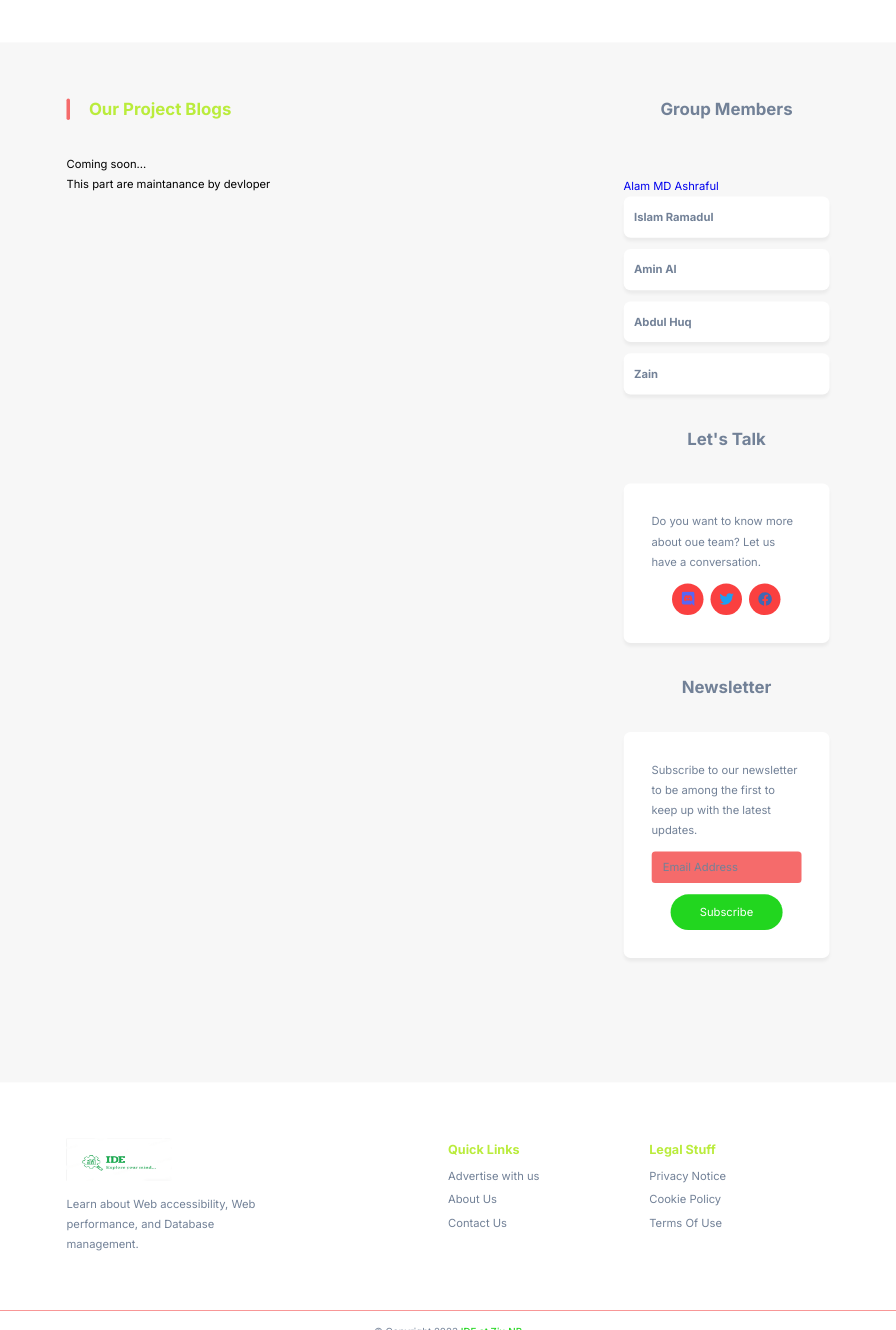
Repository: ramizraaz/zjuTeam
Page: main.html
An editor plug-in stored every save of this project. The page is shown before and after a run of saves, followed by the edit.
The browser window is 1280 px wide. The pictures show the part of the page from y = 492 to 2392 px (the page is 2421 px tall before and 2435 px after), at 70% of full size.
A picture or video elsewhere on the page could not be fetched, so the positions and the page height are approximate.

Above is the page before, as saved 2023-10-09 02:54:26.

### main.html
<!DOCTYPE html>
<html lang="en">

<head>
    <meta charset="UTF-8">
    <meta http-equiv="X-UA-Compatible" content="IE=edge">
    <meta name="viewport" content="width=device-width, initial-scale=1.0">
    <title>Team IDE at Zju,NB</title>


    <!--
    - custom css link
  -->
    <link rel="stylesheet" href="main.css">

    <!--
    - google font link
  -->
    <link rel="preconnect" href="https://fonts.googleapis.com">
    <link rel="preconnect" href="https://fonts.gstatic.com" crossorigin>
    <link href="https://fonts.googleapis.com/css2?family=Inter:wght@400;500;600;700;900&display=swap" rel="stylesheet">
</head>

<body class="light-theme">

    <!--
    - #HEADER
  -->

    <header>

        <div class="container">

            <nav class="navbar">

                <a href="#">
                    <img src="img/teamLogo.png" alt="Team LoGo" width="150" height="80" class="logo-light">
                    <img src="img/teamLogo.png" alt="Team logo" width="150" height="80" class="logo-dark">
                </a>

                <div class="btn-group">

                    <button class="theme-btn theme-btn-mobile light">
            <ion-icon name="moon" class="moon"></ion-icon>
            <ion-icon name="sunny" class="sun"></ion-icon>
          </button>

                    <button class="nav-menu-btn">
            <ion-icon name="menu-outline"></ion-icon>
          </button>

                </div>

                <div class="flex-wrapper">

                    <ul class="desktop-nav">

                        <li>
                            <a href="#" class="nav-link">Home</a>
                        </li>

                        <li>
                            <a href="#" class="nav-link">About US</a>
                        </li>

                        <li>
                            <a href="#" class="nav-link">Contact US</a>
                        </li>

                    </ul>

                    <button class="theme-btn theme-btn-desktop light">
            <ion-icon name="moon" class="moon"></ion-icon>
            <ion-icon name="sunny" class="sun"></ion-icon>
          </button>

                </div>

                <div class="mobile-nav">

                    <button class="nav-close-btn">
            <ion-icon name="close-outline"></ion-icon>
          </button>

                    <div class="wrapper">

                        <p class="h3 nav-title">Main Menu</p>

                        <ul>
                            <li class="nav-item">
                                <a href="#" class="nav-link">Home</a>
                            </li>

                            <li class="nav-item">
                                <a href="#" class="nav-link">About Me</a>
                            </li>

                            <li class="nav-item">
                                <a href="#" class="nav-link">Contact</a>
                            </li>
                        </ul>

                    </div>
                </div>

            </nav>

        </div>

    </header>





    <main>

        <!--
      - #HERO SECTION
    -->

        <div class="hero">

            <div class="container">

                <div class="left">

                    <h1 class="h1">
                        Hi, We're <b>IDE&nbsp;Team</b>.
                        <br>at Zju,NB
                    </h1>

                    <p class="h3">
                        Your problems <abbr title="Accessibility">is</abbr> our opportunity
                    </p>

                    <div class="btn-group">
                        <a href="#" class="btn btn-primary">Contact us</a>
                        <a href="#" class="btn btn-secondary">About us</a>
                    </div>

                </div>

                <div class="right">

                    <div class="pattern-bg"></div>
                    <div class="img-box">
                        <img src="img/teamPhoto.jpg" alt="Group Photo" class="hero-img">
                    </div>

                </div>

            </div>

        </div>





        <div class="main">

            <div class="container">

                <!--
          - BLOG SECTION
        -->

                <div class="blog">

                    <h2 class="h2">Our Project Blogs</h2>
                    <p>Coming soon... <br> This part are maintanance by devloper</p>

                </div>





                <!--
          - ASIDE
        -->

                <div class="aside">

                    <div class="topics">

                        <h2 class="h2">Group Members</h2>

                        <a href="#" class="topic-btn">
                            <p>
                                <a href="https://ashraful756.github.io/Ashraful_Profile/" target="">Alam MD Ashraful</a></p>
                        </a>
                        <a href="#" class="topic-btn">


                            <p>Islam Ramadul</p>
                        </a>
                        <a href="#" class="topic-btn">


                            <p>Amin Al</p>
                        </a>
                        <a href="#" class="topic-btn">


                            <p>Abdul Huq</p>
                        </a>
                        <a href="#" class="topic-btn">


                            <p>Zain</p>
                        </a>

                    </div>
                    <div class="contact">

                        <h2 class="h2">Let's Talk</h2>

                        <div class="wrapper">

                            <p>
                                Do you want to know more about oue team? Let us have a conversation.
                            </p>

                            <ul class="social-link">

                                <li>
                                    <a href="#" class="icon-box discord">
                                        <ion-icon name="logo-discord"></ion-icon>
                                    </a>
                                </li>

                                <li>
                                    <a href="#" class="icon-box twitter">
                                        <ion-icon name="logo-twitter"></ion-icon>
                                    </a>
                                </li>

                                <li>
                                    <a href="#" class="icon-box facebook">
                                        <ion-icon name="logo-facebook"></ion-icon>
                                    </a>
                                </li>

                            </ul>

                        </div>

                    </div>

                    <div class="newsletter">

                        <h2 class="h2">Newsletter</h2>

                        <div class="wrapper">

                            <p>
                                Subscribe to our newsletter to be among the first to keep up with the latest updates.
                            </p>

                            <form action="#">
                                <input type="email" name="email" placeholder="Email Address" required>

                                <button type="submit" class="btn btn-primary">Subscribe</button>
                            </form>

                        </div>

                    </div>

                </div>

            </div>

        </div>

    </main>





    <!--
    - #FOOTER
  -->

    <footer>

        <div class="container">

            <div class="wrapper">

                <a href="#" class="footer-logo">
                    <img src="img/teamLogo.png" alt="Team Logo" width="150" height="60" class="logo-light">
                    <img src="img/teamLogo.png" alt="Team Logo" width="150" height="60" class="logo-dark">
                </a>

                <p class="footer-text">
                    Learn about Web accessibility, Web performance, and Database management.
                </p>

            </div>

            <div class="wrapper">

                <p class="footer-title">Quick Links</p>

                <ul>

                    <li>
                        <a href="#" class="footer-link">Advertise with us</a>
                    </li>

                    <li>
                        <a href="#" class="footer-link">About Us</a>
                    </li>

                    <li>
                        <a href="#" class="footer-link">Contact Us</a>
                    </li>

                </ul>

            </div>

            <div class="wrapper">

                <p class="footer-title">Legal Stuff</p>

                <ul>

                    <li>
                        <a href="#" class="footer-link">Privacy Notice</a>
                    </li>

                    <li>
                        <a href="#" class="footer-link">Cookie Policy</a>
                    </li>

                    <li>
                        <a href="#" class="footer-link">Terms Of Use</a>
                    </li>

                </ul>

            </div>

        </div>

        <p class="copyright">
            &copy; Copyright 2023 <a href="https://github.com/NexMaker-Fab/2023zjudem-team2" target="_blank">IDE at Zju,NB</a>
        </p>

    </footer>





    <!--
    - custom js link
  -->
    <script src="js/script.min.js"></script>

    <!--
    - ionicon link
  -->
    <script type="module" src="https://unpkg.com/ionicons@5.5.2/dist/ionicons/ionicons.esm.js"></script>
    <script nomodule src="https://unpkg.com/ionicons@5.5.2/dist/ionicons/ionicons.js"></script>
</body>

</html>

Loaded but not shown: js/script.min.js (common file); main.css (892 lines, source omitted)

After the next 2 saves:
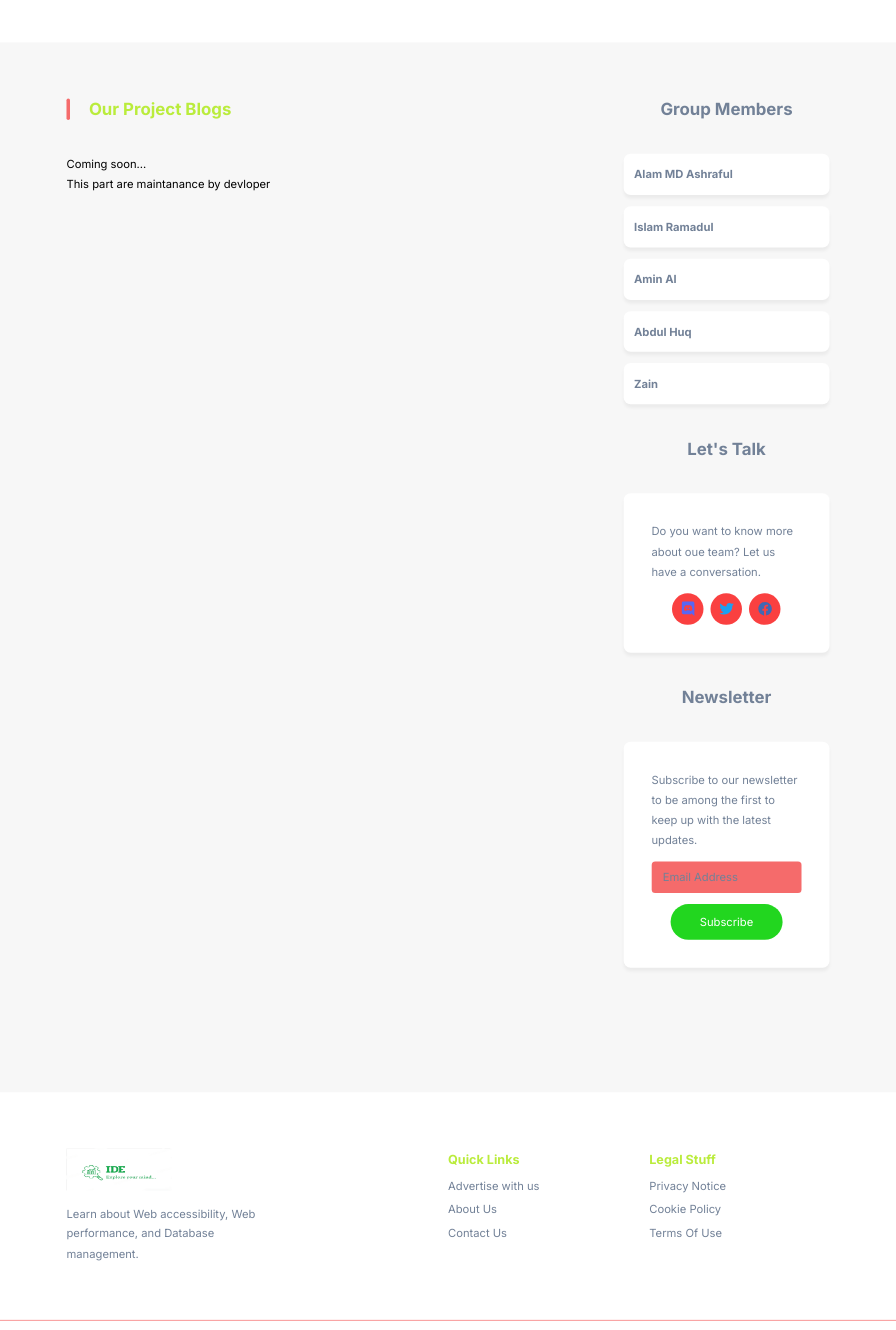
The 2 saves are shown as one change because they came seconds apart.
The last was saved 31 s later.
--- a/main.html
+++ b/main.html
@@ -188,8 +188,7 @@
                         <h2 class="h2">Group Members</h2>
 
                         <a href="#" class="topic-btn">
-                            <p>
-                                <a href="https://ashraful756.github.io/Ashraful_Profile/" target="">Alam MD Ashraful</a></p>
+                            <p>Alam MD Ashraful</p>
                         </a>
                         <a href="#" class="topic-btn">
 
